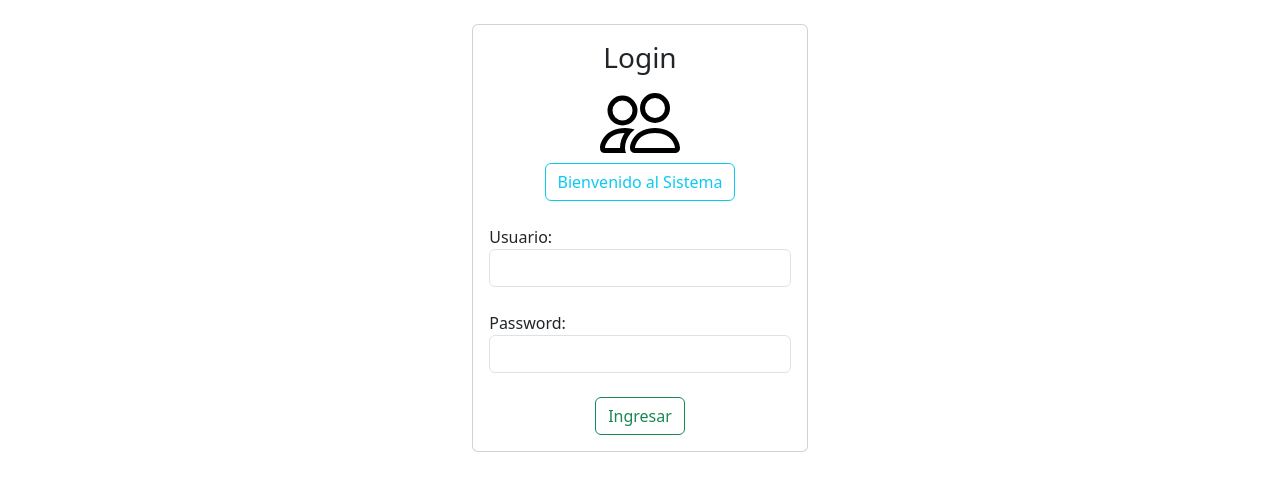
Repository: WilmerOcampo/LP1_Biblioteca
Page: http://localhost/Proyecto/login.jsp
An editor plug-in stored every save of this project. The page is shown before and after the next save, followed by the edit.
The browser window is 1280 px wide. The pictures show the whole page.
The page is served by Tomcat 10. Other server files are loaded and not shown.

Above is the page before, as saved 2023-05-31 15:31:43.

### Proyecto/src/main/webapp/login.jsp
<%@ page language="java" contentType="text/html; charset=ISO-8859-1"
    pageEncoding="ISO-8859-1"%>
<!DOCTYPE html>
<html>
<head>
<meta charset="ISO-8859-1">
<link href="https://cdn.jsdelivr.net/npm/bootstrap@5.3.0-alpha3/dist/css/bootstrap.min.css" rel="stylesheet" integrity="sha384-KK94CHFLLe+nY2dmCWGMq91rCGa5gtU4mk92HdvYe+M/SXH301p5ILy+dN9+nJOZ" crossorigin="anonymous">
<title>Login</title>
</head>
<body>
	<div class="container mt-4 col-lg-4 d-flex justify-content-center">
		<div class="card col-sm-10">
			<div class="card-body">
				<form action="ValidarServlet" method="POST" class="form-sign">
					<div class="form-group text-center d-flex flex-column justify-content-center align-items-center">
						<h3>Login</h3>
						<img alt="Logo" src="img/people.svg" width="80">
						<label class="btn btn-outline-info">Bienvenido al Sistema</label>
					</div>
					<br>
					<div class="form-group">
						<label>Usuario:</label>
						<input type="text" name="usuario" id="usuario" class="form-control">
					</div>
					<br>
					<div class="form-group">
						<label>Password:</label>
						<input type="password" name="password" id="password" class="form-control">
					</div>
					<br>
					<div style="text-align: center">
						<input type="submit" name="accion" value="Ingresar" class="btn btn-outline-success">
					</div>

				</form>
			</div>
		</div>
	</div>
<script src="https://cdn.jsdelivr.net/npm/bootstrap@5.3.0-alpha3/dist/js/bootstrap.bundle.min.js" integrity="sha384-ENjdO4Dr2bkBIFxQpeoTz1HIcje39Wm4jDKdf19U8gI4ddQ3GYNS7NTKfAdVQSZe" crossorigin="anonymous"></script>
</body>
</html>

### Proyecto/src/main/webapp/img/people.svg
<svg xmlns="http://www.w3.org/2000/svg" width="16" height="16" fill="currentColor" class="bi bi-people" viewBox="0 0 16 16">
  <path d="M15 14s1 0 1-1-1-4-5-4-5 3-5 4 1 1 1 1h8Zm-7.978-1A.261.261 0 0 1 7 12.996c.001-.264.167-1.03.76-1.72C8.312 10.629 9.282 10 11 10c1.717 0 2.687.63 3.24 1.276.593.69.758 1.457.76 1.72l-.008.002a.274.274 0 0 1-.014.002H7.022ZM11 7a2 2 0 1 0 0-4 2 2 0 0 0 0 4Zm3-2a3 3 0 1 1-6 0 3 3 0 0 1 6 0ZM6.936 9.28a5.88 5.88 0 0 0-1.23-.247A7.35 7.35 0 0 0 5 9c-4 0-5 3-5 4 0 .667.333 1 1 1h4.216A2.238 2.238 0 0 1 5 13c0-1.01.377-2.042 1.09-2.904.243-.294.526-.569.846-.816ZM4.92 10A5.493 5.493 0 0 0 4 13H1c0-.26.164-1.03.76-1.724.545-.636 1.492-1.256 3.16-1.275ZM1.5 5.5a3 3 0 1 1 6 0 3 3 0 0 1-6 0Zm3-2a2 2 0 1 0 0 4 2 2 0 0 0 0-4Z"/>
</svg>

After the next save:
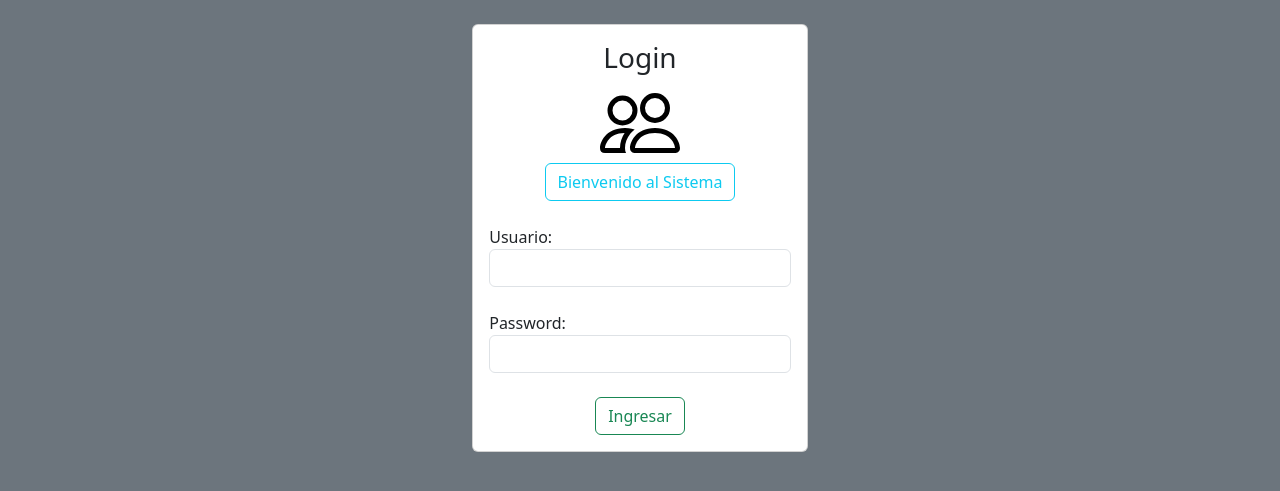
Saved 3 s later.
--- a/Proyecto/src/main/webapp/login.jsp
+++ b/Proyecto/src/main/webapp/login.jsp
@@ -7,7 +7,7 @@
 <link href="https://cdn.jsdelivr.net/npm/bootstrap@5.3.0-alpha3/dist/css/bootstrap.min.css" rel="stylesheet" integrity="sha384-KK94CHFLLe+nY2dmCWGMq91rCGa5gtU4mk92HdvYe+M/SXH301p5ILy+dN9+nJOZ" crossorigin="anonymous">
 <title>Login</title>
 </head>
-<body>
+<body class="bg-secondary">
 	<div class="container mt-4 col-lg-4 d-flex justify-content-center">
 		<div class="card col-sm-10">
 			<div class="card-body">
